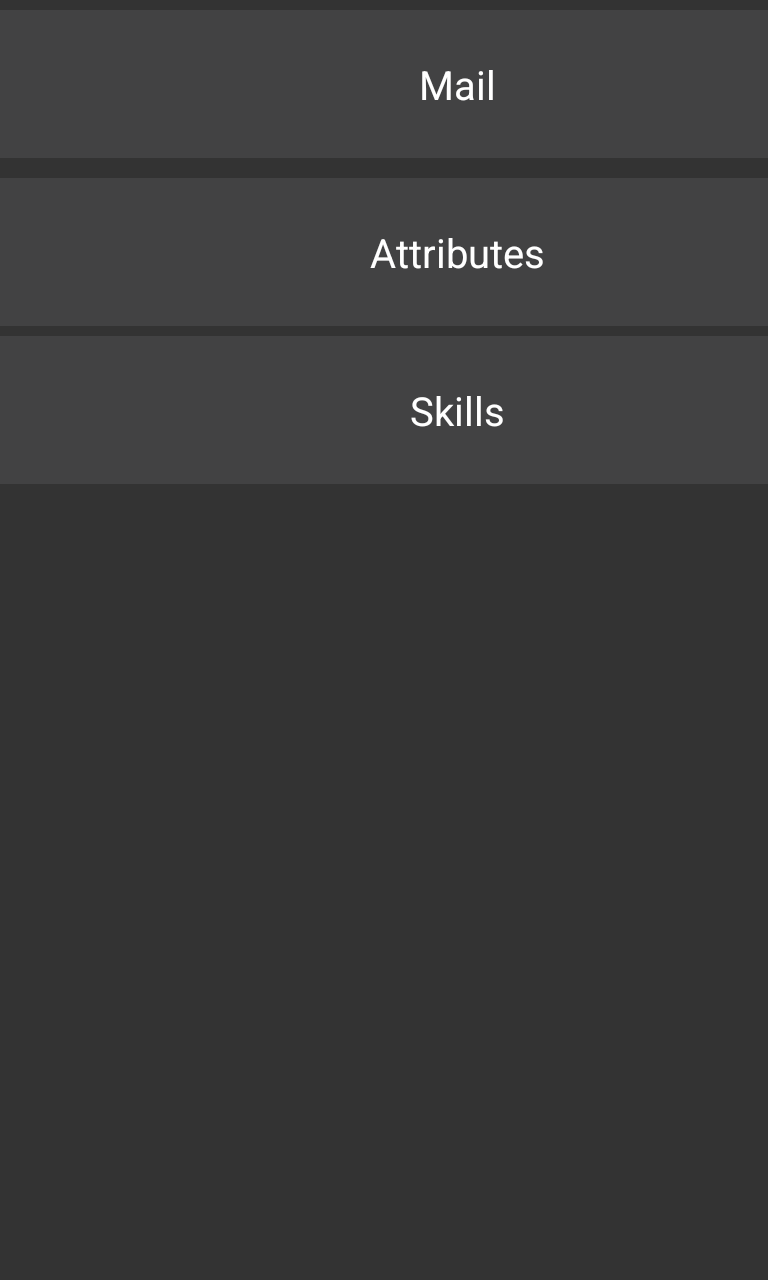
Repository: w9jds/Android-EveProfiler
Layout: EveProfiler/res/layout/drawerview.xml
The author's editor kept a copy of each file at every save. The layout is drawn from the files as they stood at one save, then again after the next save.
It is drawn on a 768 x 1280 px phone screen (xhdpi) without system bars, with theme AppTheme; the app's code is not run.

Above is the layout before, as saved 2013-05-12 05:35:36.

### EveProfiler/res/layout/drawerview.xml
<?xml version="1.0" encoding="utf-8"?>
<RelativeLayout xmlns:android="http://schemas.android.com/apk/res/android"
    xmlns:tools="http://schemas.android.com/tools"
    android:layout_width="match_parent"
    android:layout_height="match_parent"
    android:background="@color/grey" >

    <LinearLayout
        android:id="@+id/content"
        android:layout_width="fill_parent"
        android:layout_height="fill_parent"
        android:orientation="vertical" >

        <GridLayout
            android:id="@+id/Mail"
            android:layout_width="fill_parent"
            android:layout_height="wrap_content"
            android:layout_marginTop="5dp"
            android:layout_marginBottom="5dp"
            android:background="@color/lightgrey"
            android:columnCount="2"
            android:rowCount="1"
            tools:targetApi="14" >

            <ImageView
                android:id="@+id/MailPic"
                android:layout_width="64dp"
                android:layout_height="64dp"
                android:layout_column="0"
                android:layout_gravity="center"
                android:layout_marginBottom="5dp"
                android:layout_marginLeft="5dp"
                android:layout_marginRight="5dp"
                android:layout_marginTop="5dp"
                android:layout_row="0" />

            <TextView
                android:id="@+id/MailLabel"
                android:layout_column="1"
                android:layout_gravity="center"
                android:layout_row="0"
                android:text="Mail"
                android:textColor="@color/white"
                android:textSize="20sp" />

        </GridLayout>




        <GridLayout
            android:id="@+id/Attributes"
            android:layout_width="fill_parent"
            android:layout_height="wrap_content"
            android:layout_marginBottom="5dp"
            android:layout_marginTop="5dp"
            android:background="@color/lightgrey"
            android:columnCount="2"
            android:rowCount="1"
            tools:targetApi="14" >

            <ImageView
                android:id="@+id/AttributesPic"
                android:layout_width="64dp"
                android:layout_height="64dp"
                android:layout_column="0"
                android:layout_gravity="center"
                android:layout_marginBottom="5dp"
                android:layout_marginLeft="5dp"
                android:layout_marginRight="5dp"
                android:layout_marginTop="5dp"
                android:layout_row="0" />

            <TextView
                android:id="@+id/AttributesLabel"
                android:layout_column="1"
                android:layout_gravity="center"
                android:layout_row="0"
                android:text="Attributes"
                android:textColor="@color/white"
                android:textSize="20sp" />

        </GridLayout>

        <GridLayout
            android:id="@+id/Skills"
            android:layout_width="fill_parent"
            android:layout_height="wrap_content"
            android:layout_marginBottom="5dp"
            android:background="@color/lightgrey"
            android:columnCount="2"
            android:rowCount="1"
            tools:targetApi="14" >

            <ImageView
                android:id="@+id/SkillsPic"
                android:layout_width="64dp"
                android:layout_height="64dp"
                android:layout_column="0"
                android:layout_gravity="center"
                android:layout_marginBottom="5dp"
                android:layout_marginLeft="5dp"
                android:layout_marginRight="5dp"
                android:layout_marginTop="5dp"
                android:layout_row="0" />

            <TextView
                android:id="@+id/SkillsLabel"
                android:layout_column="1"
                android:layout_gravity="center"
                android:layout_row="0"
                android:text="Skills"
                android:textColor="@color/white"
                android:textSize="20sp" />

        </GridLayout>





    </LinearLayout>

</RelativeLayout>

### EveProfiler/res/values/strings.xml
<?xml version="1.0" encoding="utf-8"?>
<resources>

    <string name="title_activity_settings">Settings</string>
    <string name="pref_header_general">General</string>
    <string name="pref_title_keyid">Key ID</string>
    <string name="pref_keyid"></string>
    <string name="pref_title_vCode">Verification Code</string>
    <string name="pref_vCode"></string>

    <string name="app_name">Top Hat</string>
    <string name="action_settings">Settings</string>

    <string name="Api_Uri">https://api.eveonline.com</string>
    <string name="Account_Status">/account/AccountStatus.xml.aspx</string>
    <string name="API_Key_Info">/account/APIKeyInfo.xml.aspx</string>
    <string name="List_Characters">/account/Characters.xml.aspx</string>
    <string name="Account_Balance">/char/AccountBalance.xml.aspx</string>
    <string name="Asset_List">/char/AssetList.xml.aspx</string>
    <string name="Cal_Event_Attendees">/char/CalendarEventAttendees.xml.aspx</string>
    <string name="Character_Sheet">/char/CharacterSheet.xml.aspx</string>
    <string name="Contact_List">/char/ContactList.xml.aspx</string>
    <string name="Contact_Notif">/char/ContactNotifications.xml.aspx</string>
    <string name="Contacts">/char/Contracts.xml.aspx</string>
    <string name="ContractItems">/char/ContractItems.xml.aspx</string>
    <string name="ContractBids">/char/ContractBids.xml.aspx</string>
    <string name="Factional_Warfare_Stats">/char/FacWarStats.xml.aspx</string>
    <string name="Industry_Jobs">/char/IndustryJobs.xml.aspx</string>
    <string name="KillMails">/char/Killlog.xml.aspx</string>
    <string name="Locations">/char/Locations.xml.aspx</string>
    <string name="Mail_Bodies">/char/MailBodies.xml.aspx</string>
    <string name="Mailing_Lists">/char/MailingLists.xml.aspx</string>
    <string name="MailMessHeaders">/char/MailMessages.xml.aspx</string>
    <string name="Market_Orders">/char/MarketOrders.xml.aspx</string>
    <string name="Medals">/char/Medals.xml.aspx</string>
    <string name="Notifications">/char/Notifications.xml.aspx</string>
    <string name="Notification_Text">/char/NotificationTexts.xml.aspx</string>
    <string name="Research">/char/Research.xml.aspx</string>
    <string name="Skill_in_Training">/char/SkillInTraining.xml.aspx</string>
    <string name="Skill_Queue">/char/SkillQueue.xml.aspx</string>
    <string name="NPC_Standings">/char/Standings.xml.aspx</string>
    <string name="Upcoming_Cal_Events">/char/UpcomingCalendarEvents.xml.aspx</string>
    <string name="Wallet_Journal">/char/WalletJournal.xml.aspx</string>
    <string name="Wallet_Transactions">/char/WalletTransactions.xml.aspx</string>

    <string name="Character_Portrait">http://image.eveonline.com/Character/</string>
    <string name="Corp_Logo">http://image.eveonline.com/Corporation/</string>
    <string name="Alliance_Logo">http://image.eveonline.com/Alliance/</string>
    <string name="Type_Icon">http://image.eveonline.com/InventoryType/</string>
    <string name="Render">http://image.eveonline.com/Render/</string>

    <string name="SkillPointsString">Skill Points</string>
    <string name="CloneString">Clone</string>
	<string name="HomeSystemString">Home System</string>
    <string name="BackgroundString">Background</string>
    <string name="DateOBirthString">Date Of Birth</string>
    <string name="SchoolString">School</string>
    <string name="CorporationString">Corporation</string>
    <string name="AllianceString">Alliance</string>
    <string name="SecurityStatusString">Security Status</string>
    <string name="BountyString">Bounty</string>

    <color name="white">#FFFFFF</color>
    <color name="grey">#333333</color>
    <color name="lightgrey">#424243</color>



</resources>

Loaded but not shown: EveProfiler/res/values/styles.xml (common file); EveProfiler/res/values-v11/styles.xml (common file); EveProfiler/res/values-v14/styles.xml (common file)

After the next save:
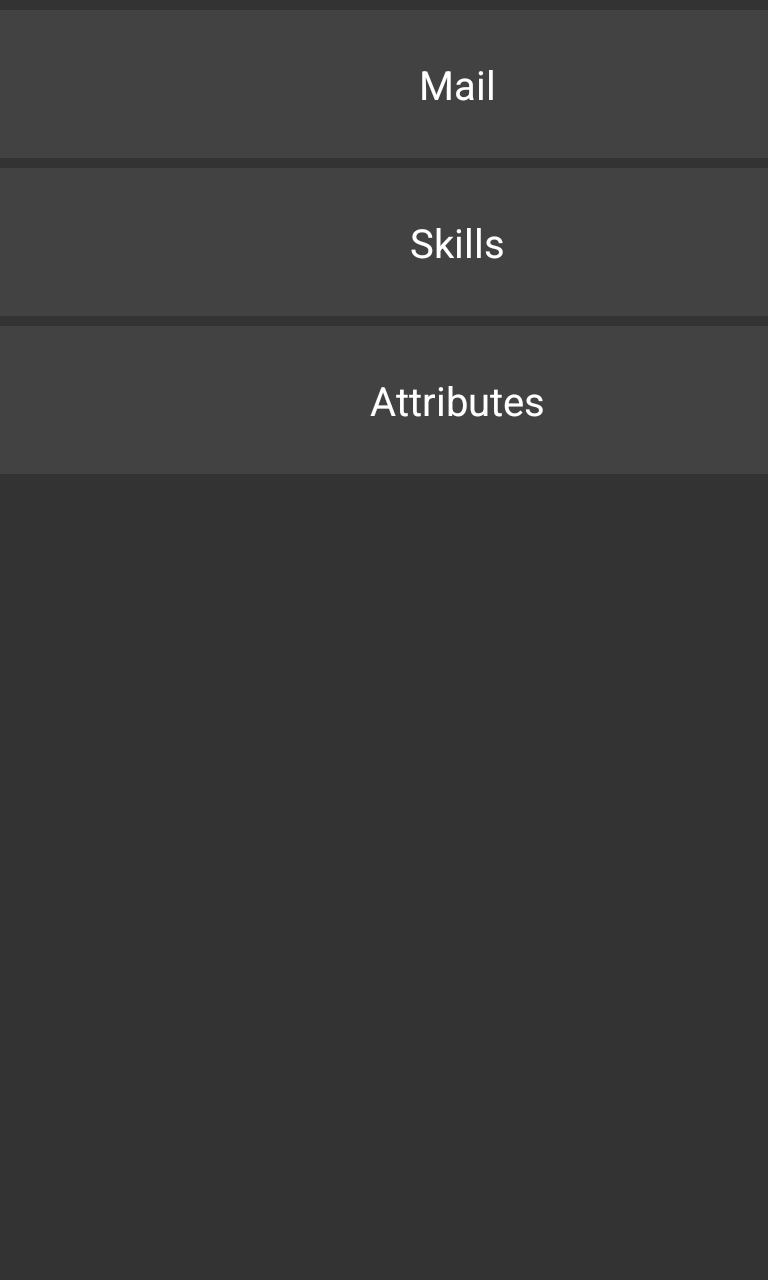
Saved 29 s later.
--- a/EveProfiler/res/layout/drawerview.xml
+++ b/EveProfiler/res/layout/drawerview.xml
@@ -45,43 +45,6 @@
 
         </GridLayout>
 
-
-
-
-        <GridLayout
-            android:id="@+id/Attributes"
-            android:layout_width="fill_parent"
-            android:layout_height="wrap_content"
-            android:layout_marginBottom="5dp"
-            android:layout_marginTop="5dp"
-            android:background="@color/lightgrey"
-            android:columnCount="2"
-            android:rowCount="1"
-            tools:targetApi="14" >
-
-            <ImageView
-                android:id="@+id/AttributesPic"
-                android:layout_width="64dp"
-                android:layout_height="64dp"
-                android:layout_column="0"
-                android:layout_gravity="center"
-                android:layout_marginBottom="5dp"
-                android:layout_marginLeft="5dp"
-                android:layout_marginRight="5dp"
-                android:layout_marginTop="5dp"
-                android:layout_row="0" />
-
-            <TextView
-                android:id="@+id/AttributesLabel"
-                android:layout_column="1"
-                android:layout_gravity="center"
-                android:layout_row="0"
-                android:text="Attributes"
-                android:textColor="@color/white"
-                android:textSize="20sp" />
-
-        </GridLayout>
-
         <GridLayout
             android:id="@+id/Skills"
             android:layout_width="fill_parent"
@@ -115,6 +78,39 @@
 
         </GridLayout>
 
+        <GridLayout
+            android:id="@+id/Attributes"
+            android:layout_width="fill_parent"
+            android:layout_height="wrap_content"
+            android:layout_marginBottom="5dp"
+            android:background="@color/lightgrey"
+            android:columnCount="2"
+            android:rowCount="1"
+            tools:targetApi="14" >
+
+            <ImageView
+                android:id="@+id/AttributesPic"
+                android:layout_width="64dp"
+                android:layout_height="64dp"
+                android:layout_column="0"
+                android:layout_gravity="center"
+                android:layout_marginBottom="5dp"
+                android:layout_marginLeft="5dp"
+                android:layout_marginRight="5dp"
+                android:layout_marginTop="5dp"
+                android:layout_row="0" />
+
+            <TextView
+                android:id="@+id/AttributesLabel"
+                android:layout_column="1"
+                android:layout_gravity="center"
+                android:layout_row="0"
+                android:text="Attributes"
+                android:textColor="@color/white"
+                android:textSize="20sp" />
+
+        </GridLayout>
+
 
 
 
